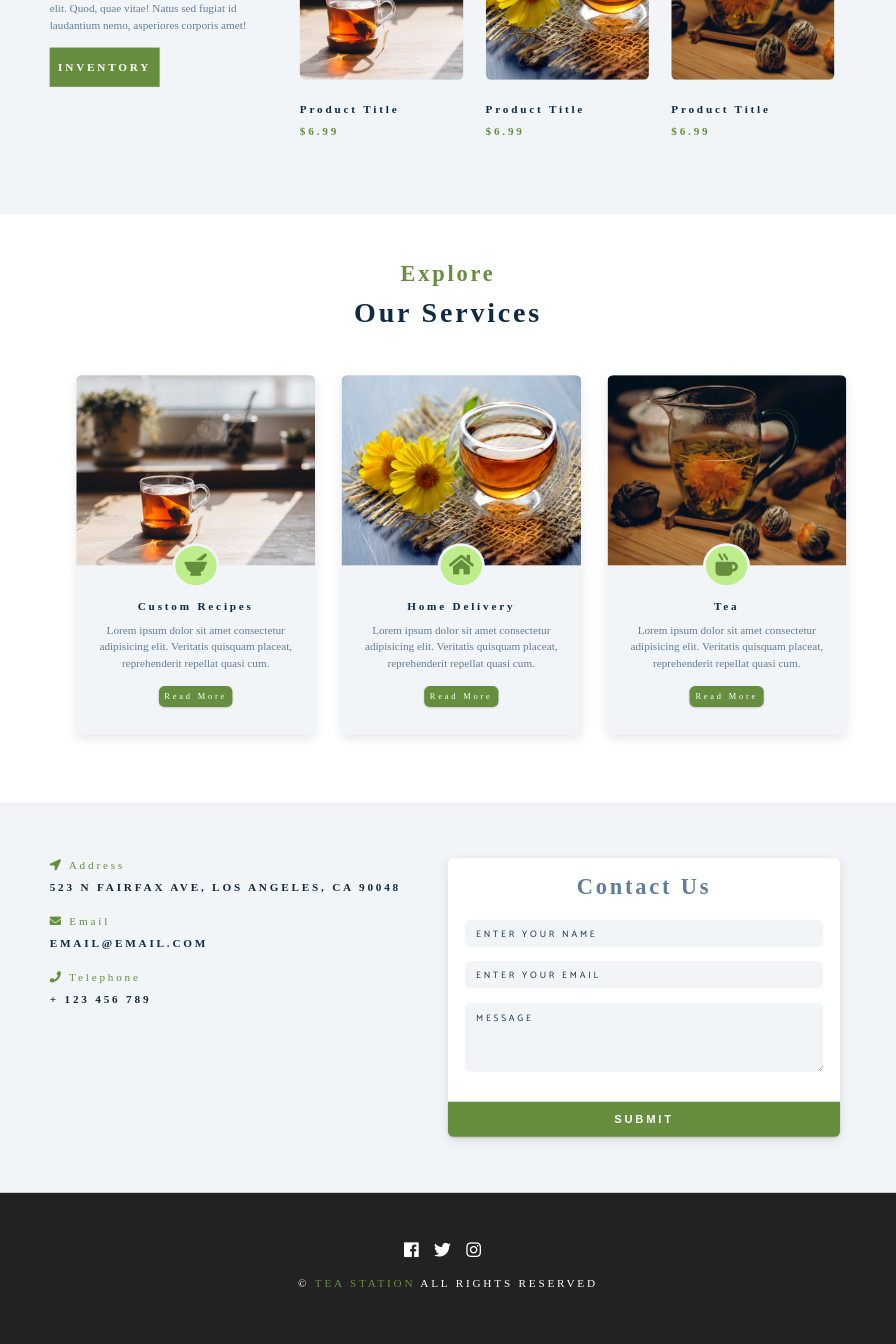
Repository: Ndifoinhilary/building_tea_site
Page: index.html
These files come from the project's save history. The page is drawn as it stood at one moment and after the next save; the edit follows.
The browser window is 1280 px wide. The pictures show the part of the page from y = 1740 to 3660 px (the page is 3660 px tall), at 70% of full size.
Backgrounds fixed to the window are drawn as part of the page. Some web fonts or font styles are not loaded; a fallback is used.

Above is the page before, as saved 2024-01-06 19:07:25.

### index.html
<!DOCTYPE html>
<html lang="en">

<head>
  <meta charset="UTF-8" />
  <meta name="viewport" content="width=device-width, initial-scale=1.0" />
  <meta http-equiv="X-UA-Compatible" content="ie=edge" />
  <title>Tea Station || Home</title>
  <!-- font-awesome -->
  <link rel="stylesheet" href="./fontawesome-free-5.7.2-web/css/all.css" />
  <!-- custom css -->
  <link rel="stylesheet" href="./css/styles.css" />
</head>

<body>
  <!-- nav button -->
  <span class="nav-btn" id="nav-btn">
    <i class="fas fa-bars"></i>
  </span>
  <!-- nav -->
  <nav class="navbar" id="navbar">
    <div class="navbar-header">
      <span class="nav-close" id="nav-close">
        <i class="fas fa-times"></i>
      </span>
    </div>
    <ul class="nav-items">
      <li><a href="index.html" class="nav-link">home</a></li>
      <li><a href="skills.html" class="nav-link">skills</a></li>
      <li><a href="about.html" class="nav-link">about</a></li>
      <li><a href="products.html" class="nav-link">products</a></li>
    </ul>
  </nav>
  <!-- header -->
  <header class="header">
    <div class="banner">
      <h2 class="banner-subtitle">Over one hunred flavors of tea</h2>
      <h1 class="banner-title">specially crafted tea</h1>
      <a href="skills.html" class=" btn banner-btn">explore</a>
    </div>
  </header>

  <div class="content-divider"></div>





  <!-- skills section -->
  <section class="skills clearfix">
    <!-- single skill -->
    <article class="skill">
      <span class="skill-icon">
        <i class="fas fa-mug-hot"></i>
      </span>
      <h4 class="skill-title">made in US</h4>
      <!-- ten words -->
      <p class="skill-text">
        Lorem ipsum dolor sit amet consectetur adipisicing elit. Tempore,
        sequi.
      </p>
    </article>
    <!-- end of single skill -->
    <!-- single skill -->
    <article class="skill">
      <span class="skill-icon">
        <i class="fas fa-glass-cheers"></i>
      </span>
      <h4 class="skill-title">relaxation</h4>
      <!-- ten words -->
      <p class="skill-text">
        Lorem ipsum dolor sit amet consectetur adipisicing elit. Tempore,
        sequi.
      </p>
    </article>
    <!-- end of single skill -->
    <!-- single skill -->
    <article class="skill">
      <span class="skill-icon">
        <i class="fas fa-bomb"></i>
      </span>
      <h4 class="skill-title">energy</h4>
      <!-- ten words -->
      <p class="skill-text">
        Lorem ipsum dolor sit amet consectetur adipisicing elit. Tempore,
        sequi.
      </p>
    </article>
    <!-- end of single skill -->
    <!-- single skill -->
    <article class="skill">
      <span class="skill-icon">
        <i class="fas fa-mortar-pestle"></i>
      </span>
      <h4 class="skill-title">family recipe</h4>
      <!-- ten words -->
      <p class="skill-text">
        Lorem ipsum dolor sit amet consectetur adipisicing elit. Tempore,
        sequi.
      </p>
    </article>
    <!-- end of single skill -->
  </section>
  <!--end of skills section -->




  <!-- about -->
  <section class="about">

    <div class="section-center clearfix">

      <article class="about-img">
        <div class="about-picture-container">
          <img src="./images/about-bcg.jpeg" alt="tea kettle" class="about-picture" />
        </div>
      </article>

      <article class="about-info">
        <!-- section title -->
        <div class="section-title">
          <h3 class="section-subtitle">about our</h3>
          <h2 class="section-title">tea station</h2>
        </div>
        <!-- section title -->
        <p class="about-text">
          Lorem ipsum dolor sit amet consectetur adipisicing elit. Possimus
          numquam rem eos vel consequuntur obcaecati?
        </p>
        <p class="about-text">
          Lorem ipsum dolor sit amet consectetur adipisicing elit. Possimus
          numquam rem eos vel consequuntur obcaecati?
        </p>
        <a href="about.html" class="btn">learn more</a>
      </article>
    </div>
  </section>
  <!-- end of about -->





  <!-- products -->
  <section class="products">
    <div class="section-center clearfix">
      <!-- products info  -->
      <article class="products-info">
        <!-- title -->
        <div>
          <h3 class="section-subtitle">check out</h3>
          <h2 class="section-title text-white">our products</h2>
        </div>
        <!-- end of title -->
        <p class="product-text">
          Lorem ipsum dolor sit amet consectetur adipisicing elit. Quod, quae
          vitae! Natus sed fugiat id laudantium nemo, asperiores corporis
          amet!
        </p>
        <a href="products.html" class="btn">inventory</a>
      </article>
      <!-- end of products info -->

      <!-- products inventory -->
      <article class="products-inventory clearfix">
        <!-- single product -->
        <div class="product">
          <img src="./images/product-1.jpeg" alt="single product" class="product-img" />
          <h4 class="product-title">product title</h4>
          <h4 class="product-price">$6.99</h4>
        </div>
        <!--end of single product -->
        <!-- single product -->
        <div class="product">
          <img src="./images/product-2.jpeg" alt="single product" class="product-img" />
          <h4 class="product-title">product title</h4>
          <h4 class="product-price">$6.99</h4>
        </div>
        <!--end of single product -->
        <!-- single product -->
        <div class="product">
          <img src="./images/product-3.jpeg" alt="single product" class="product-img" />
          <h4 class="product-title">product title</h4>
          <h4 class="product-price">$6.99</h4>
        </div>
        <!--end of single product -->
      </article>
      <!--end of  products inventory -->
    </div>
  </section>


  <!-- end of  products -->

<!-- Services section -->
<section class="services">
    <!-- section title -->
    <div class="section-title services-title">
      <h3 class="section-subtitle">explore</h3>
      <h2 class="section-title">Our services</h2>
    </div>
    <!-- section title -->

    <div class="section-center clearfix">
      <!-- single card -->
      <article class="service-card">
        <div class="service-img-container">
          <img src="./images/product-1.jpeg" class="service-img" alt="signle service">
          <span class="service-icon"><i class="fas fa-mortar-pestle fa-fw"></i></span>
        </div>
        <div class="service-info">
          <h4>Custom recipes</h4>
          <p>Lorem ipsum dolor sit amet consectetur adipisicing elit. Veritatis quisquam placeat, reprehenderit repellat quasi cum.</p>
          <a href="products.html" class="btn service-btn">read more</a>
        </div>
      </article>

      <article class="service-card">
        <div class="service-img-container">
          <img src="./images/product-2.jpeg" class="service-img" alt="signle service">
          <span class="service-icon"><i class="fas fa-home fa-fw"></i></span>
        </div>
        <div class="service-info">
          <h4>Home delivery</h4>
          <p>Lorem ipsum dolor sit amet consectetur adipisicing elit. Veritatis quisquam placeat, reprehenderit repellat quasi cum.</p>
          <a href="products.html" class="btn service-btn">read more</a>
        </div>
      </article>
      <article class="service-card">
        <div class="service-img-container">
          <img src="./images/product-3.jpeg" class="service-img" alt="signle service">
          <span class="service-icon"><i class="fas fa-mug-hot fa-fw"></i></span>
        </div>
        <div class="service-info">
          <h4>tea </h4>
          <p>Lorem ipsum dolor sit amet consectetur adipisicing elit. Veritatis quisquam placeat, reprehenderit repellat quasi cum.</p>
          <a href="products.html" class="btn service-btn">read more</a>
        </div>
      </article>
      <!--  end single card -->
    </div>
    <!-- service infor -->

    <!-- End service infor -->
</section>
<!-- End of service section -->


  <!-- contact -->
  <section class="contact">
    <div class="section-center clearfix">
      <!-- contact info -->
      <article class="contact-info">
        <!-- contact item -->
        <div class="contact-item">
          <!-- contact text -->
          <h4 class="contact-title">
            <span class="contact-icon">
              <i class="fas fa-location-arrow"></i> </span>address
          </h4>
          <h4 class="contact-text">
            523 N Fairfax Ave, Los Angeles, CA 90048
          </h4>
        </div>
        <!-- end of contact item -->
        <!-- contact item -->
        <div class="contact-item">
          <!-- contact text -->
          <h4 class="contact-title">
            <span class="contact-icon"> <i class="fas fa-envelope"></i> </span>email
          </h4>
          <h4 class="contact-text">email@email.com</h4>
        </div>
        <!-- end of contact item -->

        <!-- contact item -->
        <div class="contact-item">
          <!-- contact text -->
          <h4 class="contact-title">
            <span class="contact-icon">
              <i class="fas fa-phone"></i> </span>telephone
          </h4>
          <h4 class="contact-text">+ 123 456 789</h4>
        </div>
        <!-- end of contact item -->
      </article>
      <article class="contact-form">
        <h3>contact us</h3>
       <form action="">
        <div class="form-group">
          <input type="text" name="name" id="" placeholder="enter your name" class="form-control">
          <input type="email" name="email" id="" placeholder="enter your email" class="form-control">
          <textarea name="message" id="" rows="5" placeholder="message" class="form-control"></textarea>
        </div>
        <button type="submit" class="submit-btn btn">submit</button>
       </form>
      </article>
      <!-- end of contact info -->
    </div>
  </section>




  <!-- end o fcontact -->
  <footer class="footer">
    <div class="section-center">
      <div class="social-icons">
        <!-- social icon -->
        <a href="#" class="social-icon">
          <i class="fab fa-facebook"></i>
        </a>
        <!-- end of social icon -->
        <!-- social icon -->
        <a href="#" class="social-icon">
          <i class="fab fa-twitter"></i>
        </a>
        <!-- end of social icon -->
        <!-- social icon -->
        <a href="#" class="social-icon">
          <i class="fab fa-instagram"></i>
        </a>
        <!-- end of social icon -->
      </div>
    <h4 class="footer-text">
      &copy; <sapn id="date" ></sapn>
      <span class="company">tea station</span>
      all rights reserved
    </h4>
    </div>
  </footer>



  <script src="app.js"></script>
</body>

</html>

### css/styles.css
@import url("https://fonts.googleapis.com/css?family=Catamaran:400,700|Grand+Hotel");

* {
  margin: 0;
  padding: 0;
  box-sizing: border-box;
}

/*================
Global variables
===================
*/

:root{
  --clr-primary:#678e3e;
  --clr-primary-light:#beed8c;
  --clr-grey-1:#102a42;
  --clr-grey-5:#617d98;
  --clr-grey-10:#f1f5f8;
  --clr-white:#fff;
  --ff-primary:"Catamaran",sans-serif;
  --ff-secondary:"Grand Hotel", cursive;
  --transition: all 0.3s linear ;
  --spacing:0.25rem;
  --radius:0.5rem;
}


body{
  font-family: var(--clr-primary);
  background: var(--clr-white);
  color: var(--clr-grey-1);
  line-height: 1.5;
  font-size: 0.875rem;
}

a{
  text-decoration: none;
}

img{
  width: 100%;
  display: block;
}
h1,h2,h3,h4{
  letter-spacing: var(--spacing);
  text-transform: capitalize;
  line-height: 1.25;
  margin-bottom: 0.75rem;
}

h1{
  font-size: 3rem;
}
h2{
  font-size: 2rem;
}
h3{
  font-size: 1.5rem;
}
h4{
  font-size: 0.875rem;
}

p{
  margin-bottom: 1.25rem;
}
@media screen and (min-width:800px) {
  h1{
    font-size: 4rem;
  }
  h2{
    font-size: 2.5rem;
  }
  h3{
    font-size: 2rem;
  }
  h4{
    font-size: 1rem;
  }
  body{
    font-size: 1rem;
  }
  h1,h2,h3,h4{
    line-height: 1.25;

  }
}
/*
more css
 */

 .btn{
  text-transform: uppercase;
  background: var(--clr-primary);
  color: var(--clr-white);
  padding: 1rem 0.75rem;
  letter-spacing: var(--spacing);
  display: inline-block;
  font-weight:700 ;
  transition: var(--transition);
  font-size: 1rem;
  border: none;
  cursor: pointer;
  box-shadow: 0 1px 3px rgba(0, 0, 0,0.2);
 }
.btn:hover {
  color: var(--ff-primary);
  background: var(--clr-primary-light);
}
.clearfix::after , .clearfix::before{
  content: "";
  clear: both;
  display: table;
}
.section-title h3{
font-family: var(--ff-secondary);
color: var(--clr-primary);
}
.section-title{
  margin-bottom: 2rem;
}
.section-center{
  padding: 4rem 0;
  width: 85vw;
  margin: 0 auto;
  max-width: 1170px;
}
@media screen and (min-width:992px) {
  .section-center{
    width: 95vw;
    padding: 4rem 1rem;
  }
}
 /*
 header
  */

  .header{
    min-height: 100vh;
    background: linear-gradient(rgba(0, 0, 0,0.6),rgba(0, 0, 0,0.6)) ,url("/images/main-bcg.jpeg") center/cover no-repeat fixed;
    position: relative;
    /* animation */
    overflow-x: hidden;

  }

  .banner{
    text-align: center;
    position: absolute;
    top: 50%;
    left: 50%;
    transform: translate(-50%,-50%);
  }

  .banner h2{
    font-family: var(--ff-secondary);
    color: var(--clr-primary);
    /* animation */
  }

  .banner h1{
    text-transform: uppercase;
    color: var(--clr-white);
    margin-top: 1.25rem;
    margin-bottom: 2rem;
  }

.banner-btn{
  outline: 0.125rem solid var(--clr-primary);
  outline-offset: 0.25rem;
  font-size: 1.25rem;
  padding:1rem 1.75rem ;
}

.content-divider{
height: 0.5rem;
background: linear-gradient(to left, var(--clr-primary), #e9b949, var(--clr-primary));
}

/*
skills section
 */

 .skills{
  background: var(--clr-grey-10);

 }

 .skill{
  text-align: center;
  padding: 2.5rem 0;
  transition: var(--transition);

 }

 .skill-icon{
  font-size: 2.5rem;
  margin-bottom: 1.25rem;
  transition: var(--transition);
  display: inline-block;
  color: var(--clr-primary);

 }
 .skill-text{
  color: var(--clr-grey-5);
  max-width: 17rem;
  margin: 0 auto;
 }
 .skill:hover {
  background: var(--clr-white);
  box-shadow: 0  2px var(--clr-primary);
 }

 .skill:hover .skill-icon{
  transform: translateY(-5px);
 }
 @media screen and (min-width:576px) {
  .skill{
    float: left;
    width: 50%;
  }
 }

 @media screen and (min-width:1200px) {
  .skill{

    width: 25%;
  }
 }

 /*
 About css
  */
.about-img, .about-info{
  padding: 2rem;
}

.about-picture-container{
  color: var(--clr-primary);
  border: 0.5rem solid var(--clr-primary);
  max-width: 30rem;
  overflow: hidden;

}

.about-picture{
  transition: var(--transition);
}

.about-picture-container:hover .about-picture{
opacity: 0.5;
transform: scale(1.2)
}


.about-text{
  max-width: 26rem;
  color: var(--clr-grey-5);
}


@media screen and (min-width:992px) {
  .about-info, .about-img{
    float: left;
    width: 50%;
  }
  .about-info{
    padding-left:2rem ;
  }
}
/*
product section
 */


 .product{
  margin-bottom: 2rem;
 }

.products{
  background: var(--clr-grey-10);

}

.products article{
  padding: 2rem 0;
}
.product-text{
  color: var(--clr-grey-5);
  max-width: 26rem;
}

.product-img{
  border-radius: var(--radius);
  margin-bottom: 2rem;
  height: 17rem;
  object-fit: cover;
}

.product-price{
  color: var(--clr-primary);
}

@media screen and (min-width:768px) {
.product{
  float: left;
  width: 50%;
  padding-left: 2rem;
}

}
@media screen and (min-width:992px) {
.product{
  width: 33.3%;
}

}
@media screen and (min-width:1200px) {
.products-info{
  float: left;
  width: 30%;
}

}
@media screen and (min-width:1200px) {
.products-inventory{
  float: left;
  width: 70%;
}
  .product{
    margin-bottom: 0;
    padding: 0 1rem;
  }
}

/*
services section
 */

.services-title{
  margin-top: 4rem;
  margin-bottom: -4rem;
  text-align: center;
}

.service-card{
  margin: 2rem 0;
  background: var(--clr-grey-10);
  border-radius: var(--radius);
  box-shadow: 0 5px 15px rgba(0, 0, 0,0.1);
  transition: var(--transition);
}
.service-card:hover{
  transform: scale(1.02);
  box-shadow: 0 5px 15px rgba(0, 0, 0,0.2);

}

.service-img{
  height: 17rem;
  object-fit: cover;
  border-top-left-radius: var(--radius);
  border-top-right-radius: var(--radius);
}

.service-info{
  text-align: center;
  padding: 3rem 1rem 2.5rem 1rem;
}

.service-info p {
  max-width: 20rem;
  color: var(--clr-grey-5);
  margin: 0 auto;
}

.service-btn{
  font-size: 0.75rem;
  text-transform: capitalize;
  padding: 0.375rem 0.5rem;
  border-radius: var(--radius);
  font-weight: 400;
  margin-top: 1.25rem;
}

@media screen and (min-width:768px) {
  .service-card{
    float: left;
    width: 45%;
    margin-left: 5%;
  }

}
@media screen and (min-width:992px) {
  .service-card{
    width: 30%;
    margin-left: 3.333%;
  }

}


.service-img-container{
  position:relative;
}

.service-icon{
  position:absolute;
  left: 50%;
  bottom:0;
  font-size:2rem;
  color: var(--clr-primary);
  background: var(--clr-primary-light);
  padding: 0.25rem 0.6rem;
  border-radius: 50%;
  transform: translate(-50%,50%);
  border: 0.25rem solid var(--clr-grey-10);
  -webkit-transform: translate(-50%,50%);
  -moz-transform: translate(-50%,50%);
  -ms-transform: translate(-50%,50%);
  -o-transform: translate(-50%,50%);
}


/*
form section
 */


 .contact{
  background: var(--clr-grey-10);

 }

 .contact-form, .contact-info{
  margin: 1rem 0;
 }

 .contact-item{
  margin-bottom: 1.75rem;
 }

 .contact-title{
  color: var(--clr-primary);
  font-weight: 400;
 }

 .contact-text{
  text-transform: uppercase;
 }

 .contact-form{
  background: var(--clr-white);
  border-radius: var(--radius);
  text-align: center;
  box-shadow: 0 5px 15px rgba(0, 0, 0,0.1);
  transition: var(--transition);
  -webkit-border-radius: var(--radius);
  -moz-border-radius: var(--radius);
  -ms-border-radius: var(--radius);
  -o-border-radius: var(--radius);
  -webkit-transition: var(--transition);
  -moz-transition: var(--transition);
  -ms-transition: var(--transition);
  -o-transition: var(--transition);
  max-width: 35rem;
}

.contact-form:hover{
  box-shadow: 0 5px 15px rgba(0, 0, 0,0.2);

}

.contact-form h3 {
  padding-top: 1.25rem;
  color: var(--clr-grey-5);
}

.form-group{
  padding: 1rem 1.5rem;
}

.form-control{
  display: inline-block;
  width: 100%;
  padding: 0.75rem 1rem;
  border: none;
  margin-bottom: 1.25rem;
  background: var(--clr-grey-10);
  border-radius: var(--radius);
  text-transform: uppercase;
  letter-spacing: var(--spacing);
  -webkit-border-radius: var(--radius);
  -moz-border-radius: var(--radius);
  -ms-border-radius: var(--radius);
  -o-border-radius: var(--radius);
}

.form-control::placeholder{
  font-family: var(--ff-primary);
  color: var(--clr-grey-1);
  text-transform: uppercase;
  letter-spacing: var(--spacing);
}

.submit-btn{
  display: block;
  width: 100%;
  padding: 1rem;
  border-bottom-left-radius: var(--radius);
  border-bottom-right-radius: var(--radius);
}



@media screen and (min-width:992px) {
  .contact-form, .contact-info{
    float: left;
    width: 50%;
  }

}

/*
footer section
 */


 .footer{
  background:#222;
  text-align:center;


 }
 .social-icon{
  color: var(--clr-white);
  font-size: 1.5rem;
  margin-right: 1rem;
  transition: var(--transition);
  -webkit-transition: var(--transition);
  -moz-transition: var(--transition);
  -ms-transition: var(--transition);
  -o-transition: var(--transition);
}

.social-icon:hover{
  color: var(--clr-primary)
}

.footer-text{
  margin-top: 1.25rem;
  text-transform: uppercase;
  color: var(--clr-white);
  font-weight: 400;
}

.company{
  color: var(--clr-primary);
}

/*
nav bar
 */

 .nav-btn{
  position: fixed;
  top: 5%;
  left: 5%;
  font-size: 2.5rem;
  color: var(--clr-primary);
  z-index: 1;
  cursor: pointer;
 }


 .navbar{
  position: fixed;
  top: 0;
  left: 0;
  bottom: 0;
  right: 0;
  background: var(--clr-grey-10);
  z-index: 2;
  box-shadow: 2px 0 2px rgba(0, 0, 0,0.2);
  transform: translateX(-100%);
  -webkit-transform: translateX(-100%);
  -moz-transform: translateX(-100%);
  -ms-transform: translateX(-100%);
  -o-transform: translateX(-100%);
}



 .showNav{ transform: translateX(0); -webkit-transform: translateX(0); -moz-transform: translateX(0); -ms-transform: translateX(0); -o-transform: translateX(0);
}


 .navbar-header{
  text-align: right;
  padding: 1rem;
 }

 .nav-close{
  font-size: 2.5rem;
  cursor: pointer;
  color: #f29c9c;
 }

 .nav-close:hover{
  color: #bb2525;
 }

 .nav-items{
  list-style-type: none;
 }

 .nav-link{
  display: block;
  font-size: 1.5rem;
  padding: 0.25rem 1rem;
  color: var(--clr-grey-5);
  letter-spacing: var(--spacing);
  text-transform: uppercase;
  transition: var(--transition);
  -webkit-transition: var(--transition);
  -moz-transition: var(--transition);
  -ms-transition: var(--transition);
  -o-transition: var(--transition);
}

.nav-link:hover{
  background: var(--clr-primary-light);
  color: var(--clr-primary);
  padding-left: 1.5rem;
  border-left: .25rem solid var(--clr-primary);
}


@media screen and (min-width:600px) {
  .navbar{
    width: 30vw;
    max-width: 20rem;

  }

}

### app.js
const navBtn = document.getElementById("nav-btn");
// const date = document.getElementById("date").innerHTML=new Date().getFullYear();
const navbar = document.getElementById("navbar");
const navClose = document.getElementById("nav-close");

navBtn.addEventListener("click", () => {
  navbar.classList.add("showNav");
});

navClose.addEventListener("click", () => {
  navbar.classList.remove("showNav");
});

Loaded but not shown: fontawesome-free-5.7.2-web/css/all.css (library)

After the next save:
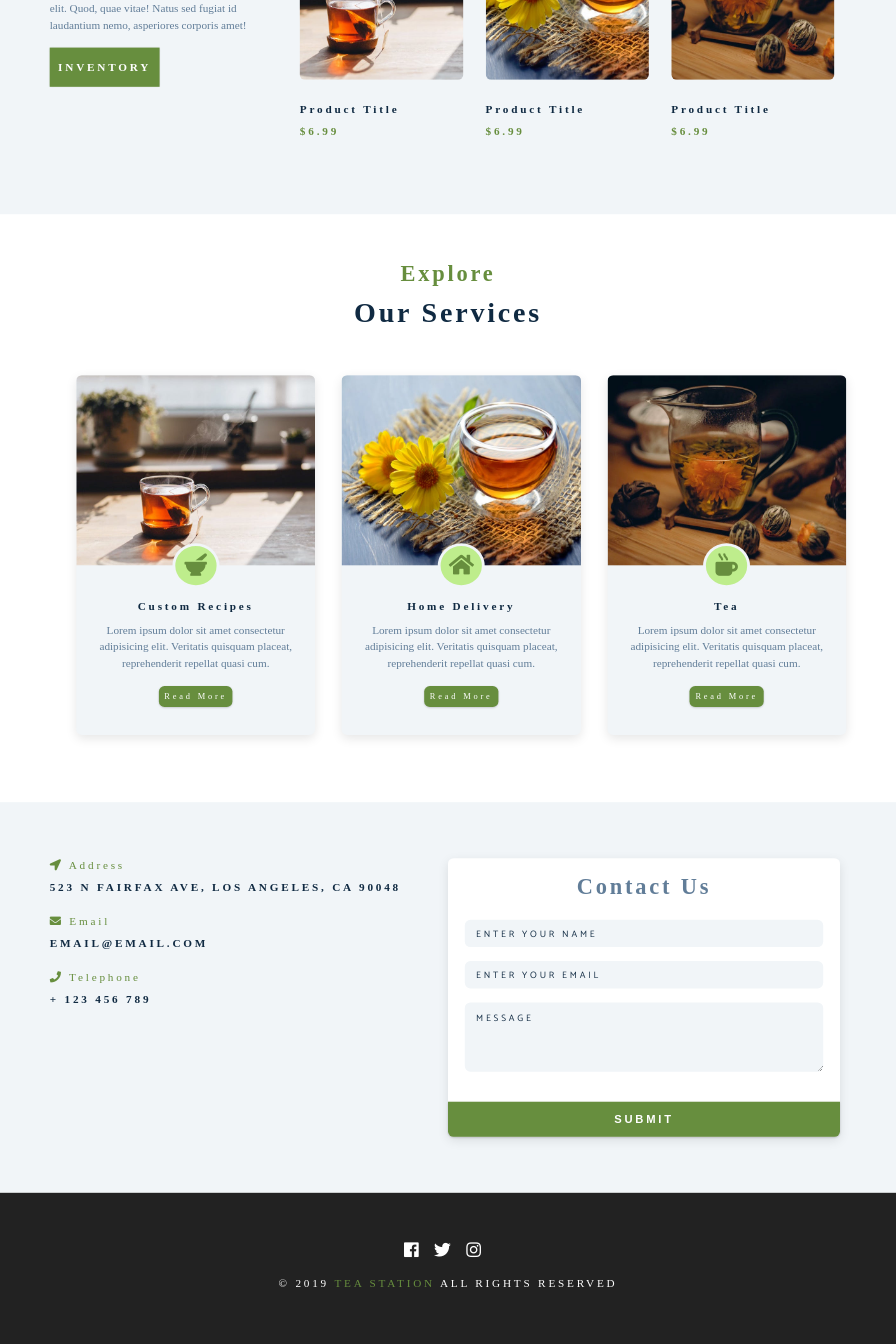
Saved 88 s later.
--- a/app.js
+++ b/app.js
@@ -1,5 +1,5 @@
 const navBtn = document.getElementById("nav-btn");
-// const date = document.getElementById("date").innerHTML=new Date().getFullYear();
+const date = document.getElementById("date").innerHTML=new Date().getFullYear();
 const navbar = document.getElementById("navbar");
 const navClose = document.getElementById("nav-close");
 
